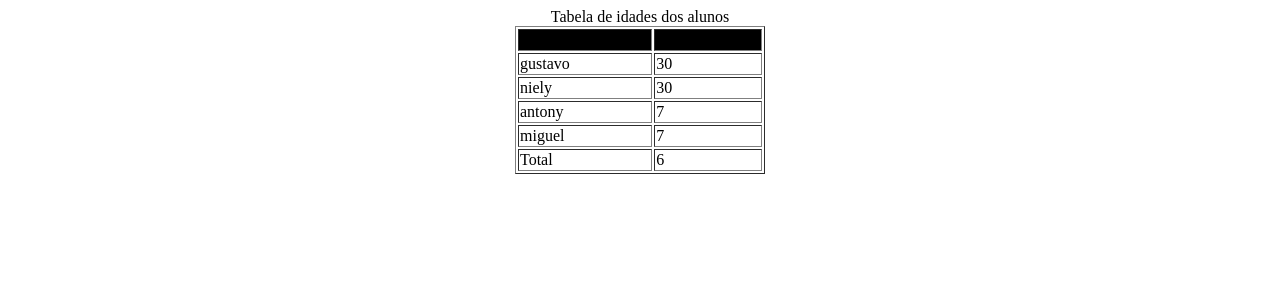
Repository: gustavotwist/html-css
Page: tabl.html
An editor plug-in stored every save of this project. The page is shown before and after a run of saves, followed by the edit.
The browser window is 1280 px wide. The pictures show the whole page.

Above is the page before, as saved 2024-04-27 20:09:10.

After the next 6 saves:
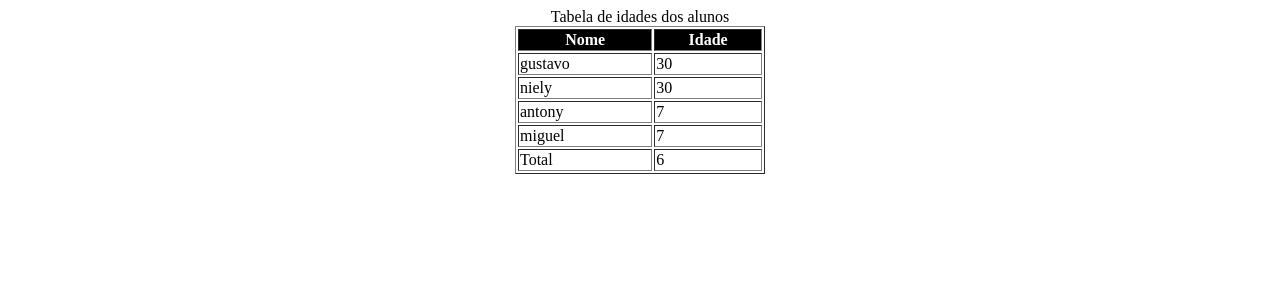
The 6 saves are shown as one change because they came seconds apart.
The last was saved 16 s later.
--- a/tabl.html
+++ b/tabl.html
@@ -7,6 +7,7 @@
     <style>
         table thead th {
             background-color: black;
+            color: white;
         }
     </style>
 </head>
